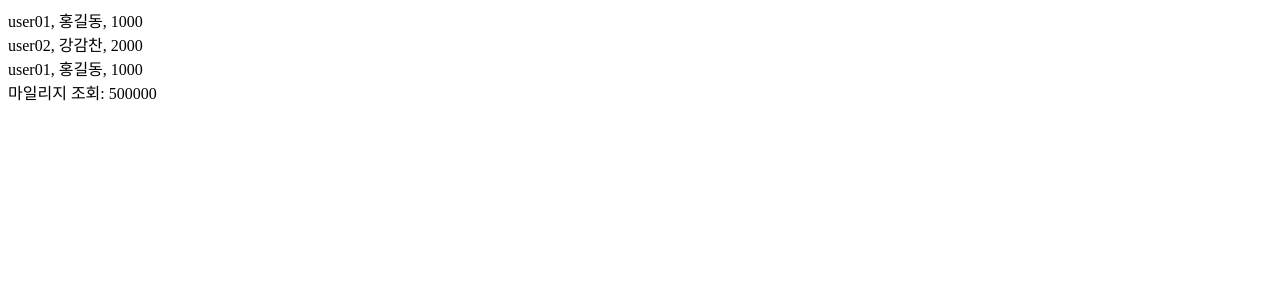
Repository: jelly02/workspace_web
Page: workspace_webui_LECTURE/07.js_array_dom/src/main/webapp/index_user_object.html
An editor plug-in stored every save of this project. The page is shown before and after the next save, followed by the edit.
The browser window is 1280 px wide. The pictures show the whole page.

Above is the page before, as saved 2021-06-30 02:52:14.

### workspace_webui_LECTURE/07.js_array_dom/src/main/webapp/index_user_object.html
<!DOCTYPE html PUBLIC "-//W3C//DTD HTML 4.01 Transitional//EN" "http://www.w3.org/TR/html4/loose.dtd">
<html>
<head>
<meta http-equiv="Content-Type" content="text/html; charset=UTF-8">
<title>Array / DOM</title>
<!-- js : external -->
<script type="text/javascript" src="js/common.js"></script>

<!-- js : internal -->
<script type="text/javascript">
	/* 회원 클래스 선언 */
	function Member(memberId, name, mileage) {
		// 멤버변수 선언 및 초기화 수행
		this.memberId = memberId;
		this.name = name;
		this.mileage = mileage;

		// 회원의 전체정보를 반환하는 멤버메서드 바인딩 연결 선언
		this.toString = toString;
		// 회원의 마일리지 변경하는 멤버메서드 바인딩 연결 선언
		this.setMileage = setMileage;
		// 회원의 마일리지 반환하는 멤버메서드 바인딩 연결 선언
		this.getMileage = getMileage;
	}

	/* 회원 클래스의 바인딩 위한 함수 선언 */
	function toString() {
		return this.memberId + ", " + this.name + ", " + this.mileage;
	}

	function setMileage(mileage) {
		this.mileage = mileage;
	}

	function getMileage() {
		return this.mileage;
	}


	/* 회원 객체 생성 */
	var dto1 = new Member("user01", "홍길동", 1000);
	var dto2 = new Member("user02", "강감찬", 2000);

	/* 회원 객체 property(멤버변수) 출력 */
	document.write("<div>" + dto1.memberId + ", " + dto1.name + ", " + dto1.mileage + "</div>");
	document.write("<div>" + dto2.memberId + ", " + dto2.name + ", " + dto2.mileage + "</div>");

	/* 회원 객체 멤버메서드 이용해서 정보출력, 마일리지 변경, 마일리지 조회 사용 */
	document.write("<div>" + dto1.toString() + "</div>");
	dto1.setMileage(500000);
	document.write("<div> 마일리지 조회: " + dto1.getMileage() + "</div>");

</script>
</head>
<body>

</body>
</html>

### workspace_webui_LECTURE/07.js_array_dom/src/main/webapp/js/common.js
/**
 * 공통 자바스크립트 파일 : js/common.js
 */

/* 현재 날짜 년도4자리-월2자리-일2자리 기본형식의 날짜 반환 함수
	-- 1 ~ 9 : 01
	-- getFullYear()
	-- getMonth() + 1
	-- getDate()

	-- 코드 최적화 시키세요
*/
function getCurrentDate() {
	var currentDate = new Date();
	console.log("currentDate: " + currentDate);

	var year = 	currentDate. getFullYear();

	var month = currentDate.getMonth() + 1;
	if (month <= 9) {
		month = "0" + month;
	}

	var date = currentDate.getDate();
	if (date <= 9) {
		date = "0" + date;
	}

	currentDate = year + "-" + month + "-" + date;
	console.log("currentDate: " + currentDate);

	return currentDate;
}

/* 현재 시간 시간2자리:분2자리:초2자리 기본형식의 시간 반환 함수
	-- 01, 02, ..09, 010, 011, 012
	-- ('0' + 시간) => 뒤에서 2자리 가져오기
*/
function getCurrentTime() {
	var currentDate = new Date();
	var hours = ("0" + currentDate.getHours()).slice(-2);
	var minutes = ("0" + currentDate.getMinutes()).slice(-2);
	var seconds = ("0" + currentDate.getSeconds()).slice(-2);
	return hours + ":" + minutes + ":" + seconds;
}

/* 현재 요일 반환 함수
	-- 일요일(0) 월요일(1) 화요일...토요일
	-- 배열 응용
*/
function getCurrentDay() {
	var days = ["일요일", "월요일", "화요일", "수요일", "목요일", "금요일", "토요일"];
	var currentDate = new Date();
	return days[currentDate.getDay()];
}

After the next save:
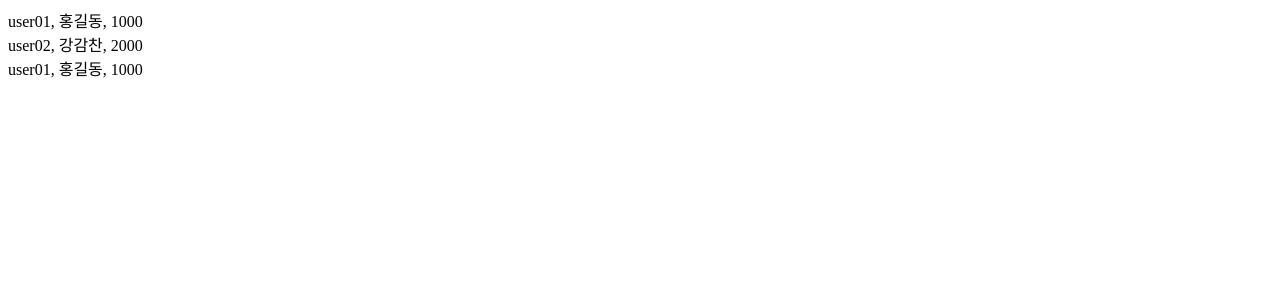
Console error: TypeError: dto1.setMileage is not a function
Saved 52 s later.
--- a/workspace_webui_LECTURE/07.js_array_dom/src/main/webapp/index_user_object.html
+++ b/workspace_webui_LECTURE/07.js_array_dom/src/main/webapp/index_user_object.html
@@ -18,7 +18,7 @@
 		// 회원의 전체정보를 반환하는 멤버메서드 바인딩 연결 선언
 		this.toString = toString;
 		// 회원의 마일리지 변경하는 멤버메서드 바인딩 연결 선언
-		this.setMileage = setMileage;
+		this.setMileage = setMileage();
 		// 회원의 마일리지 반환하는 멤버메서드 바인딩 연결 선언
 		this.getMileage = getMileage;
 	}

After the save that followed:
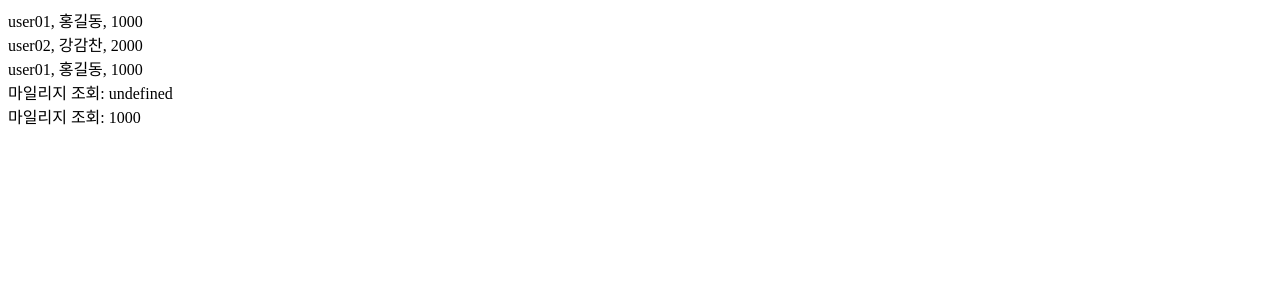
The error is gone.
Saved 72 s later.
--- a/workspace_webui_LECTURE/07.js_array_dom/src/main/webapp/index_user_object.html
+++ b/workspace_webui_LECTURE/07.js_array_dom/src/main/webapp/index_user_object.html
@@ -47,7 +47,8 @@
 
 	/* 회원 객체 멤버메서드 이용해서 정보출력, 마일리지 변경, 마일리지 조회 사용 */
 	document.write("<div>" + dto1.toString() + "</div>");
-	dto1.setMileage(500000);
+	//dto1.setMileage(500000);
+	document.write("<div> 마일리지 조회: " + dto1.setMileage + "</div>");
 	document.write("<div> 마일리지 조회: " + dto1.getMileage() + "</div>");
 
 </script>
